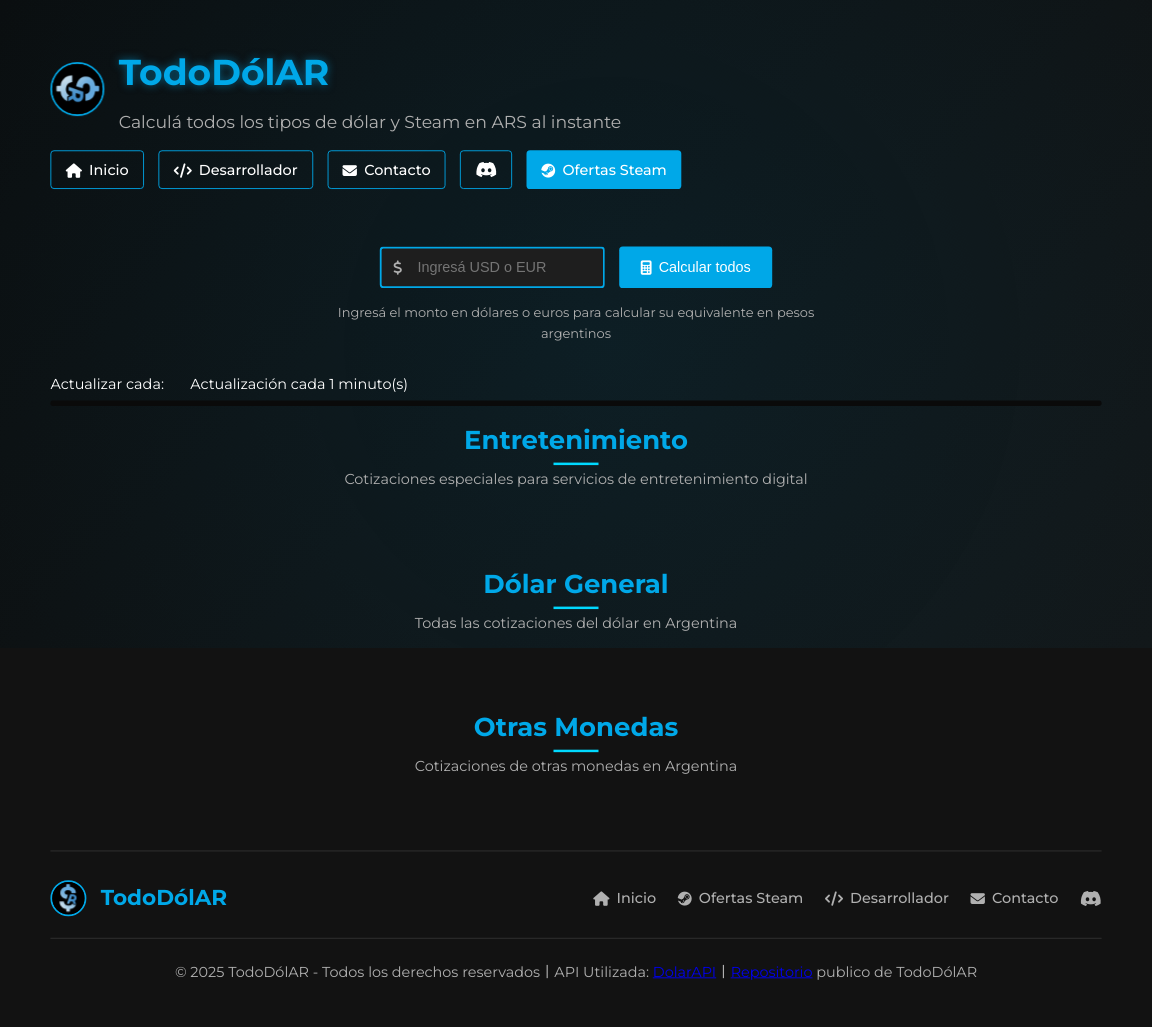
Repository: FabriDevelope/todod-lar-ar
Page: inicio/index.html
The author's editor kept a copy of each file at every save. The page is drawn from the files as they stood at one save, then again after the next save.
The browser window is 1280 px wide. The pictures show the whole page, at 90% of full size.
The page's requests for data from a server got no answer.

Above is the page before, as saved 2025-09-06 23:25:00.
Console error: TypeError: Cannot read properties of null (reading 'addEventListener')

After the next save:
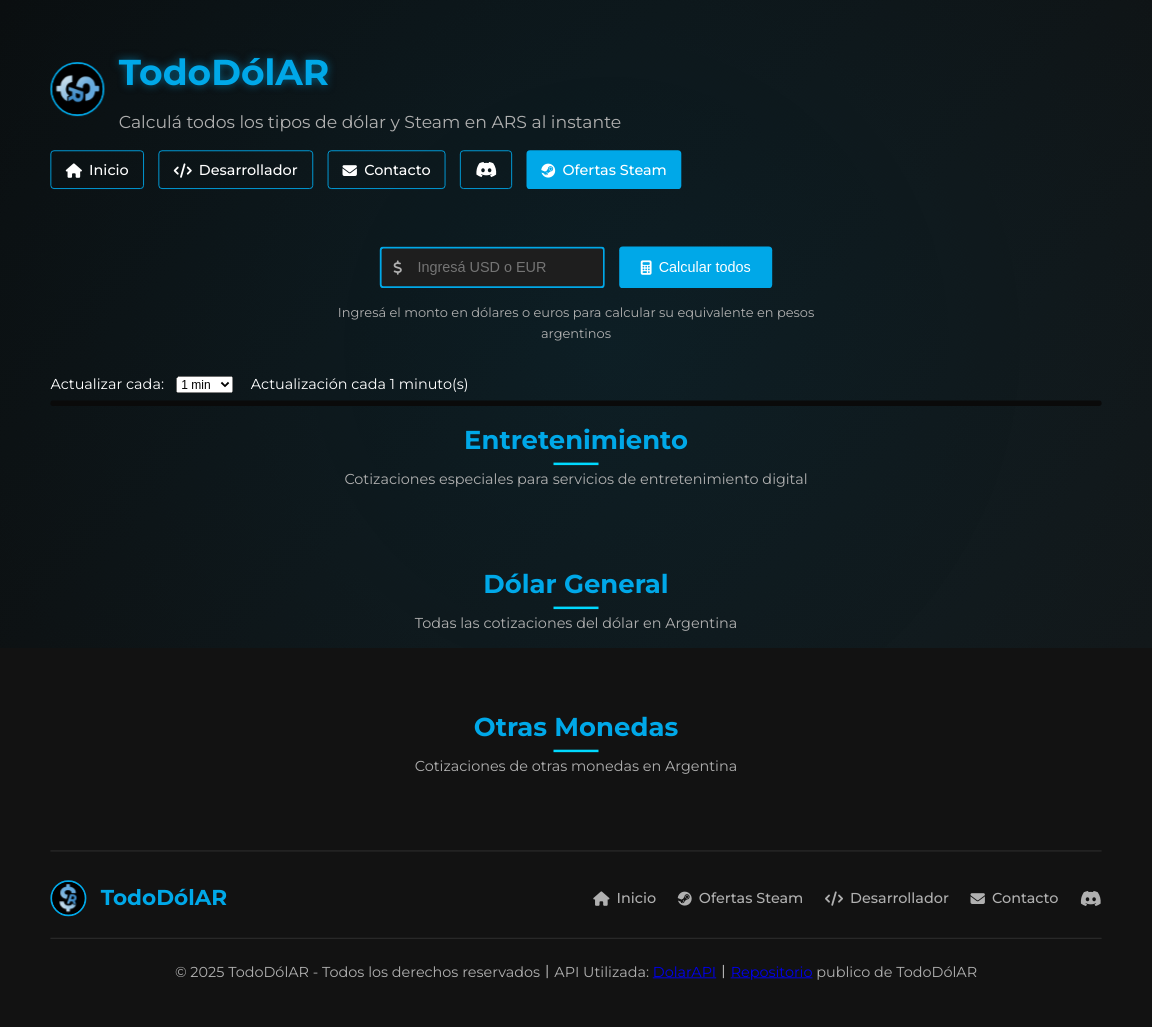
The error is gone.
Saved 5 s later.
--- a/inicio/index.html
+++ b/inicio/index.html
@@ -60,6 +60,12 @@
 
         <div id="update-container" style="margin: 15px 0;">
             <label for="update-interval-select" style="color: var(--light-text); margin-right: 10px;">Actualizar cada:</label>
+            <select id="update-interval-select">
+                <option value="60000">1 min</option>
+                <option value="300000">5 min</option>
+                <option value="900000">15 min</option>
+                <option value="3600000">1 hora</option>
+            </select>
             <span id="update-text" style="color: var(--light-text); margin-left: 15px;">Actualización cada 1 minuto(s)</span>
             <div id="update-bar-container" style="background: var(--darker-bg); border-radius: 5px; overflow: hidden; height: 6px; margin-top: 5px;">
                 <div id="update-bar" style="height: 100%; width: 0%; background: var(--accent-color); transition: width 0.1s linear;"></div>
